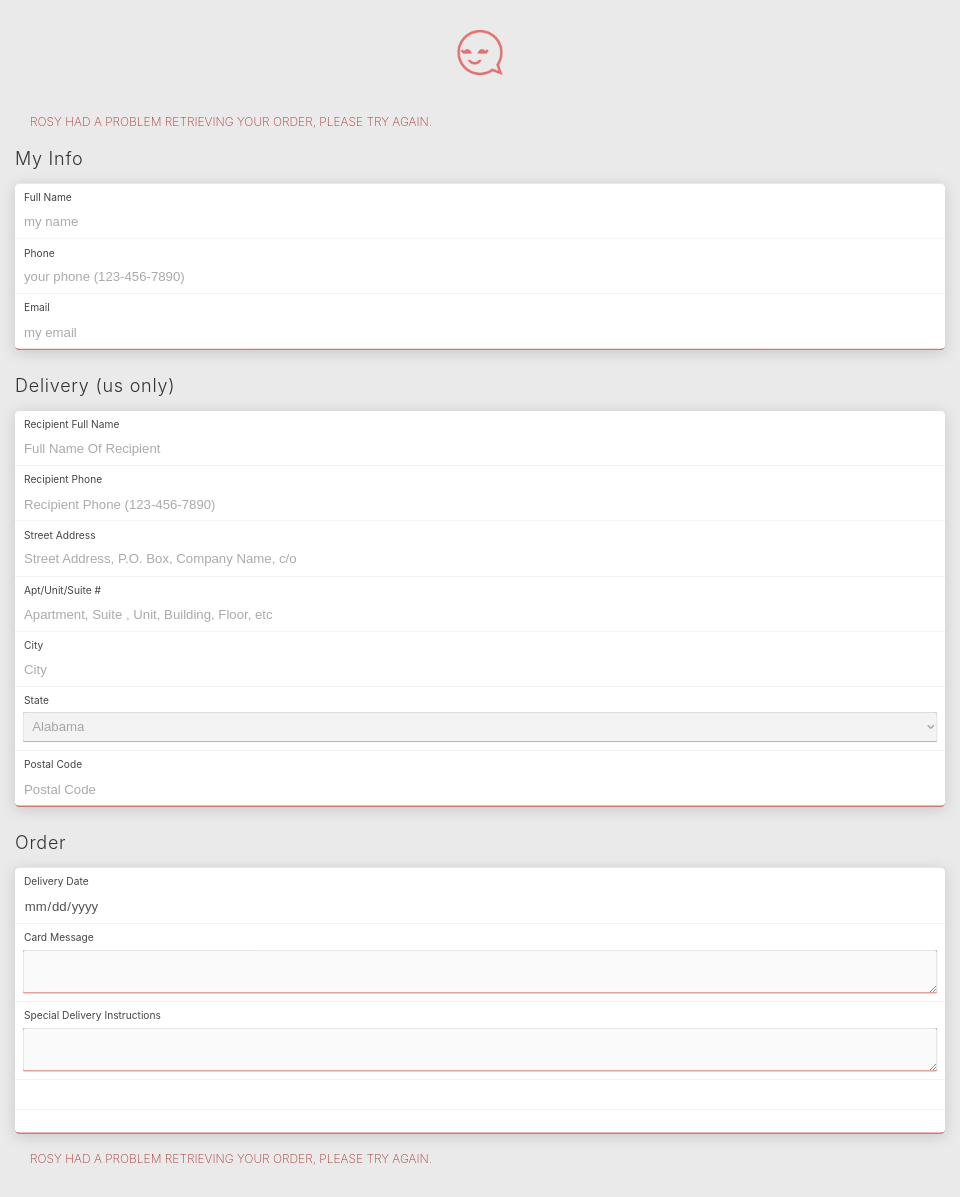
Repository: mattbobgithub/rosybot-ui
Page: rosybot-ui/dist/checkout.html
The author's editor kept a copy of each file at every save. The page is drawn from the files as they stood at one save, then again after the next save.
The browser window is 1280 px wide. The pictures show the whole page, at 75% of full size.
The page's requests for data from a server got no answer. Some web libraries are served in a nearby version.

Above is the page before, as saved 2017-10-14 19:32:02.

After the next save:
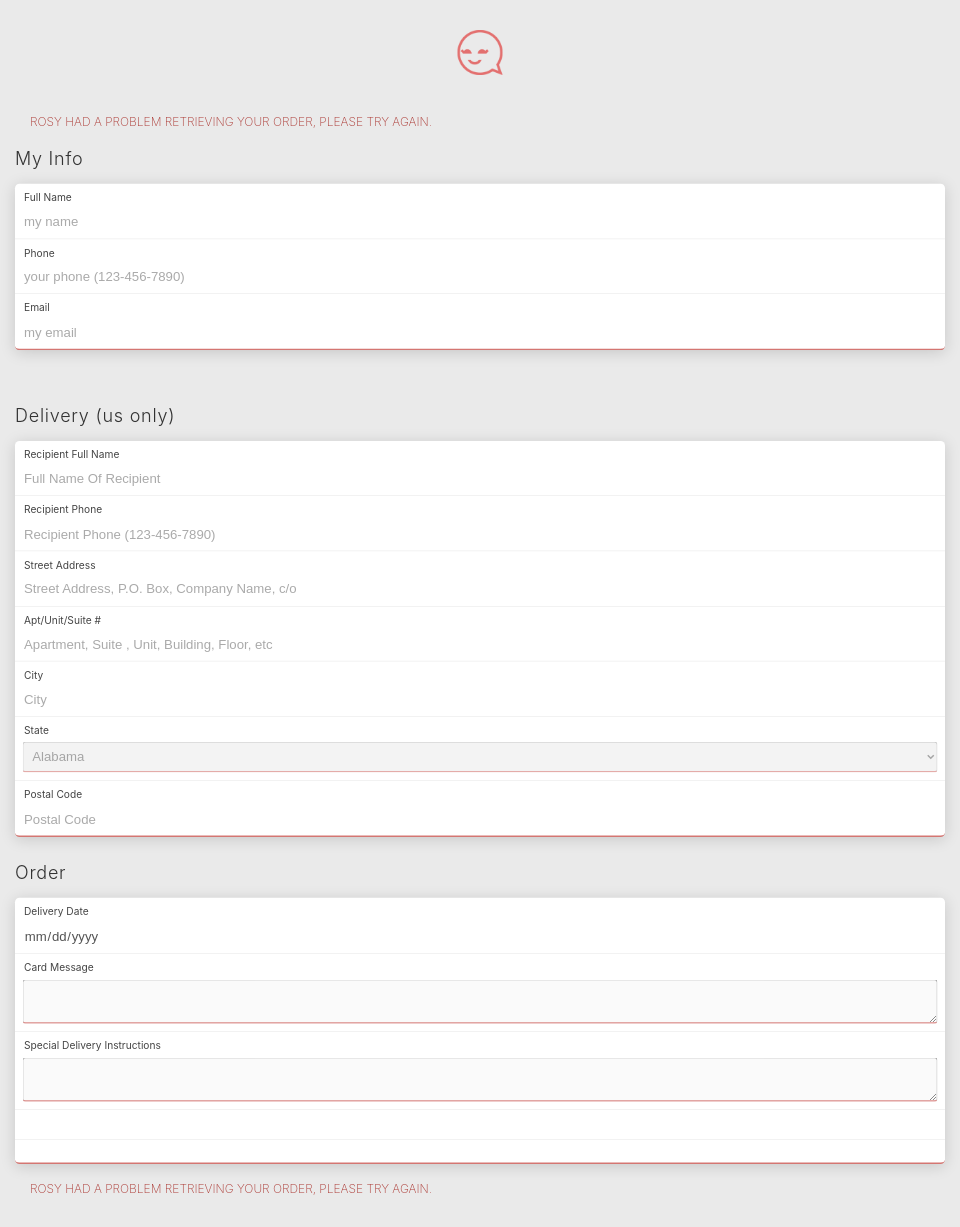
Saved 21 h 49 min later.
--- a/rosybot-ui/dist/checkout.html
+++ b/rosybot-ui/dist/checkout.html
@@ -38,6 +38,7 @@
 				</div>
 			</div>
 
+	<div class="confirm-message" id="badAddyMessage"></div>
 
 			<h2>Delivery (us only)</h2>
 			<div class="form-groups">
